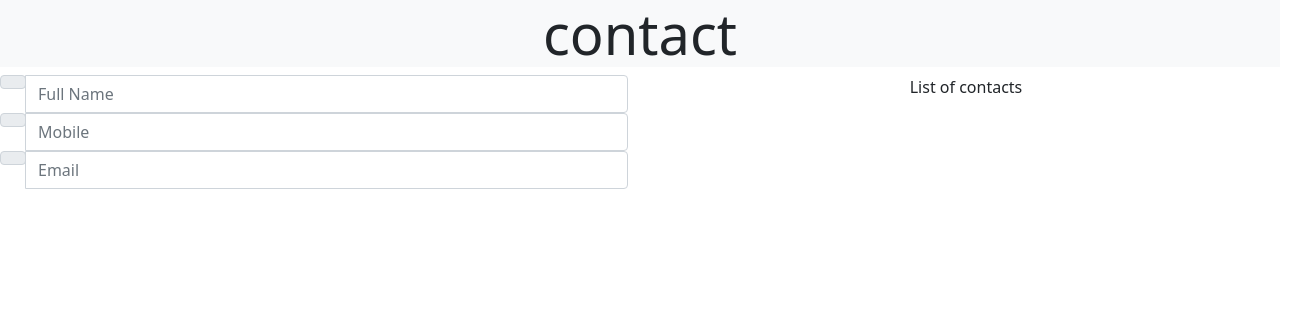
Repository: sahil801/my-react
Page: / (app in finalassignment/)
The author's editor kept a copy of each file at every save. The page is drawn from the files as they stood at one save, then again after a run of saves.
The browser window is 1280 px wide. The page is 1292 px wide, so the pictures cover 1292 px, including what lies to the right of the window. The pictures show the whole page.
The project was rebuilt for these pictures with package versions that can differ from the ones it lists, and the page was loaded fresh each time.

Above is the page before, as saved 2021-10-28 12:46:41.

### finalassignment/src/index.js
import React from 'react';
import ReactDOM from 'react-dom';
import './index.css';
import App from './App';
import reportWebVitals from './reportWebVitals';
import 'bootstrap/dist/css/bootstrap.min.css';

ReactDOM.render(
  <React.StrictMode>
    <App />
  </React.StrictMode>,
  document.getElementById('root')
);
reportWebVitals();

### finalassignment/src/App.js
import './App.css';
import Contacts from './components/contacts';
function App() {
  return (
    <div className="App">
      <Contacts/>
    </div>
  );
}

export default App;

### finalassignment/src/components/contacts.js
import React from 'react'
import Contactform from './contactform';

export default function Contacts() {
    return (
        <>
        <div className="bg-light text-center">
            <div className="container p-250">
                <h1 className="display-4">contact</h1>
            </div>
        </div>
        <div className="row mt-10">
            <div className="col md-5">
                <Contactform/>
            </div>
            <div className="col md-7">
                <div>List of contacts</div>
            </div>
        </div>
        </>
    )
}

### finalassignment/src/components/contactform.js
import React ,{useState,useEffect} from 'react'
import {Form} from 'react-bootstrap';

export default function Contactform() {

    const initialFieldValue = {
        name : '',
        mobile : '',
        email : '',
        address : ''
    }
    const [value,setValue] = useState(initialFieldValue);
    const handleInputChange = (e) =>{
        var [name,val] = e.target;
        setValue({...value, [name]:val})
    }

    return (
        <div>
            <Form autoComplete="off">
            <div className="form-group input-group">
                <div className="input-group-prepend">
                    <div className="input-group-text">
                        <i className="fas fa-user"></i>
                    </div>
                </div>
                <input className="form-control" placeholder="Full Name" name="name"
                    value={value.name}
                    onChange={handleInputChange}
                />
            </div>
            <div className="form-row">
                <div className="form-group input-group col-md-6">
                    <div className="input-group-prepend">
                        <div className="input-group-text">
                            <i className="fas fa-mobile-alt"></i>
                        </div>
                    </div>
                    <input className="form-control" placeholder="Mobile" name="mobile"
                        value={value.mobile}
                        onChange={handleInputChange}
                    />
                </div>
                <div className="form-group input-group col-md-6">
                    <div className="input-group-prepend">
                        <div className="input-group-text">
                            <i className="fas fa-envelope"></i>
                        </div>
                    </div>
                    <input className="form-control" placeholder="Email" name="email"
                        value={value.email}
                        onChange={handleInputChange}
                    />
                </div>
            </div>
            </Form>
        </div>
    )
}

Loaded but not shown: finalassignment/public/index.html (common file); finalassignment/src/index.css (common file); finalassignment/src/reportWebVitals.js (common file); finalassignment/src/App.css (common file)

After the next 2 saves:
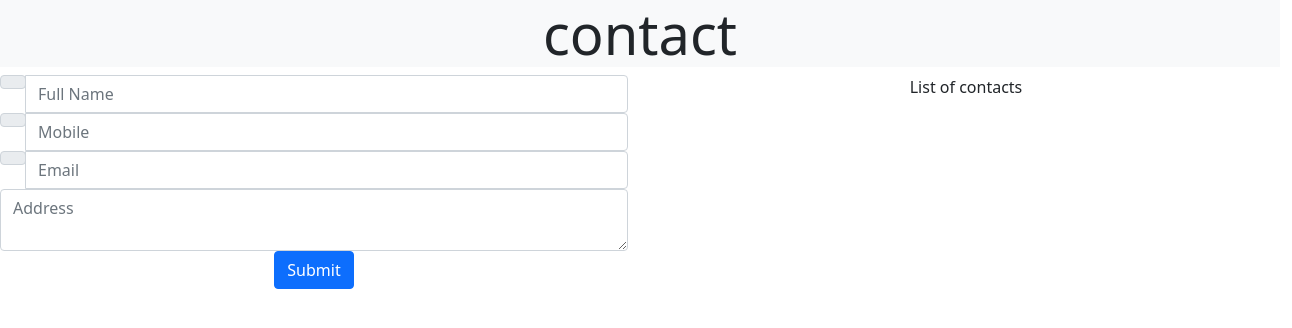
The 2 saves are shown as one change because 1 did not build or start.
The last was saved 4 min 6 s later.
--- a/finalassignment/src/components/contactform.js
+++ b/finalassignment/src/components/contactform.js
@@ -1,5 +1,5 @@
 import React ,{useState,useEffect} from 'react'
-import {Form} from 'react-bootstrap';
+// import {Form} from 'react-bootstrap';
 
 export default function Contactform() {
 
@@ -17,7 +17,7 @@ export default function Contactform() {
 
     return (
         <div>
-            <Form autoComplete="off">
+            <form autoComplete="off">
             <div className="form-group input-group">
                 <div className="input-group-prepend">
                     <div className="input-group-text">
@@ -53,7 +53,16 @@ export default function Contactform() {
                     />
                 </div>
             </div>
-            </Form>
+            <div className="form-group">
+                <textarea className="form-control" placeholder="Address" name="address"
+                    value={value.address}
+                    onChange={handleInputChange}
+                />
+            </div>
+            <div className="form-group">
+                <input type="submit" className="btn btn-primary btn-block" />
+            </div>
+            </form>
         </div>
     )
 }
